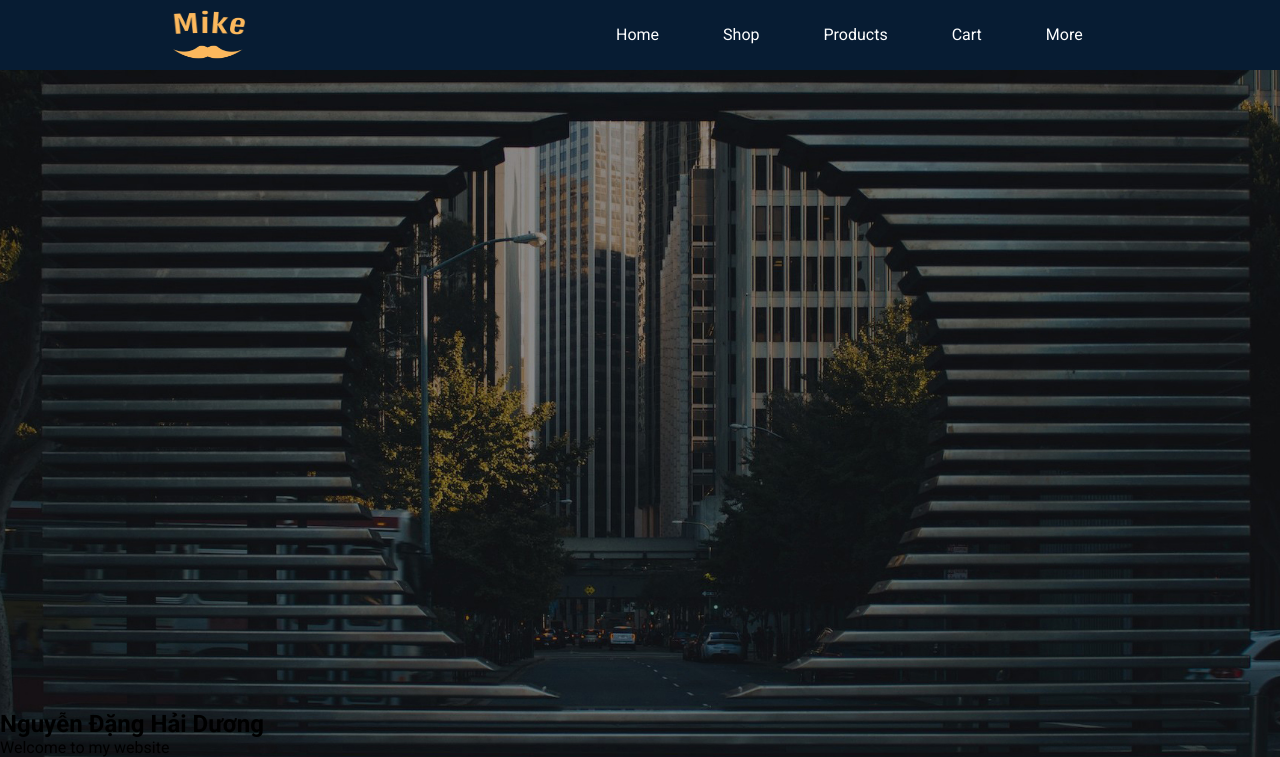
Repository: haiduong7499/Personal-Profile
Page: index.html
These files come from the project's save history. The page is drawn as it stood at one moment and after the next save; the edit follows.
The browser window is 1280 px wide. The pictures show the whole page.

Above is the page before, as saved 2021-02-28 14:01:44.

### index.html
<!DOCTYPE html>
<html lang="en">
<head>
    <meta charset="UTF-8">
    <meta http-equiv="X-UA-Compatible" content="IE=edge">
    <meta name="viewport" content="width=device-width, initial-scale=1.0">
    <link rel="stylesheet" href="style/style.css">
    <link rel="stylesheet" href="style/base.css">
    <link rel="preconnect" href="https://fonts.gstatic.com">
    <link rel="preconnect" href="https://fonts.gstatic.com">
<link href="https://fonts.googleapis.com/css2?family=Roboto:wght@400;700&display=swap" rel="stylesheet">
    <title>Project</title>
</head>
<body>
    <div id="header">
        <img src="./asset/5c0eefeb-053e-4086-8d42-7e5a35580c82_200x200.png" alt="">
            <ul id="navbar">

                <li><a href="#">Home</a></li>
                <li><a href="#">Shop</a></li>
                <li><a href="#">Products</a></li>
                <li><a href="#">Cart</a></li>
                <li><a href="#">More</a></li>
            </ul>
    </div>

    <div id="banner">
        <div class="content-container">
            <h2 class="content-heading">Nguyễn Đặng Hải Dương</h2>
            <p class="content-text">Welcome to my website</p>
        </div>
    </div>



    <div id="shop">
        <div>
            <h2></h2>
            <p></p>
        </div>
        <div>
            <h2></h2>
            <p></p>
        </div>
        <div>
            <h2></h2>
            <p></p>
        </div>
    </div>

</body>
</html>

### style/style.css
*{
    padding: 0;
    margin: 0;
    box-sizing: border-box;
}
html{
    font-family: 'Roboto', sans-serif;
}

#header {
    display:flex;
    justify-content: space-around;
    height:70px;
    background:#071C33;
    position: fixed;
    top: 0;
    left: 0;
    right: 0;
    z-index: 1;
}
#header img{
    margin: 8px 0;
    width: 84px;
    height: 53px;
}

#navbar li {
    list-style: none;
    line-height: 70px;
    display:inline-block;
}

#navbar li a{
    display: inline-block;
    padding: 0 30px;
    line-height: 70px;
    text-decoration: none;
    color: #fff;
}
#navbar li:hover a{
    background-color: #fcb85d;
    color: #071C33;
}

#banner{
    margin-top: 70px;
    padding-top:50%;
    overflow: hidden;
    background: url(../asset/home-parallax.jpg) top / cover no-repeat;
}
#content{
    height:1000px;
}

Loaded but not shown: style/base.css (no stored copy; drawn as an empty file)

After the next save:
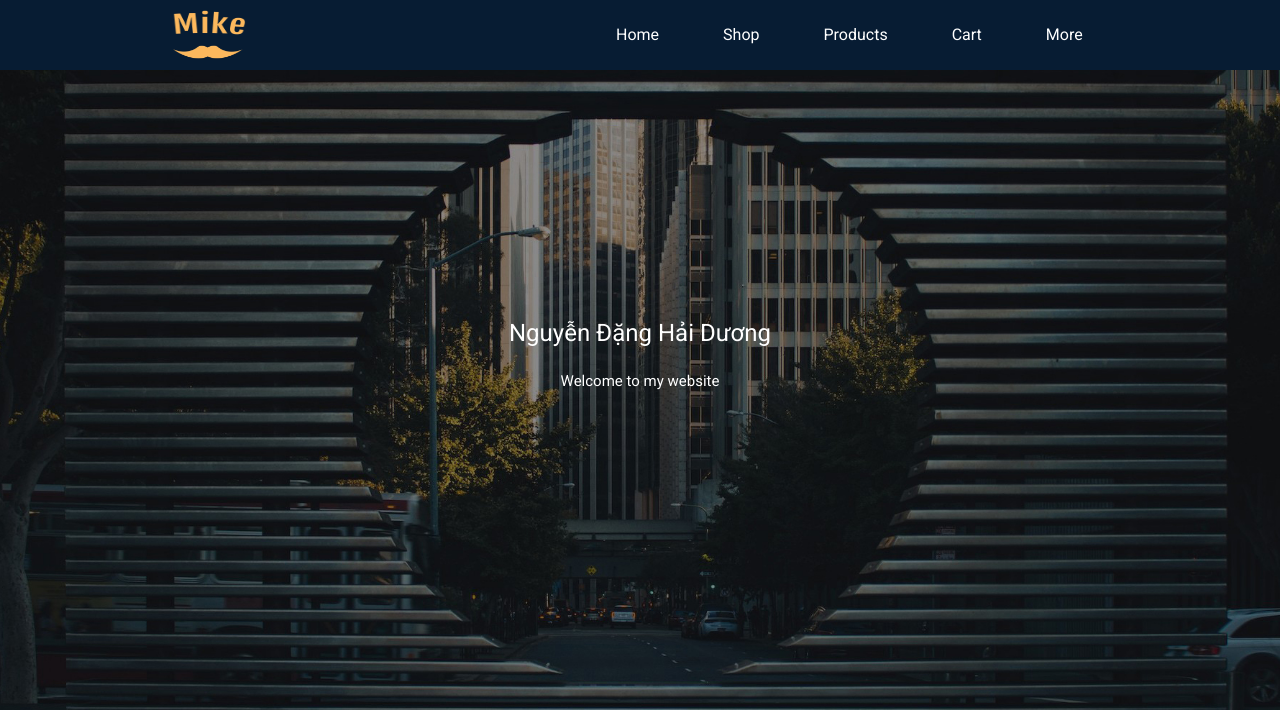
Saved 6 s later.
--- a/style/style.css
+++ b/style/style.css
@@ -43,11 +43,25 @@
 }
 
 #banner{
+    position: relative;
     margin-top: 70px;
     padding-top:50%;
     overflow: hidden;
     background: url(../asset/home-parallax.jpg) top / cover no-repeat;
 }
-#content{
-    height:1000px;
+#banner .content-container{
+    position: absolute;
+    bottom: 50%;
+    width: 100%;
+    text-align: center;
+    color: #fff;
 }
+#banner .content-heading{
+    margin-bottom: 25px;
+    font-weight: 500;
+    font-size: 24px;
+}
+
+#banner .content-text{
+    font-size: 15px;
+}
